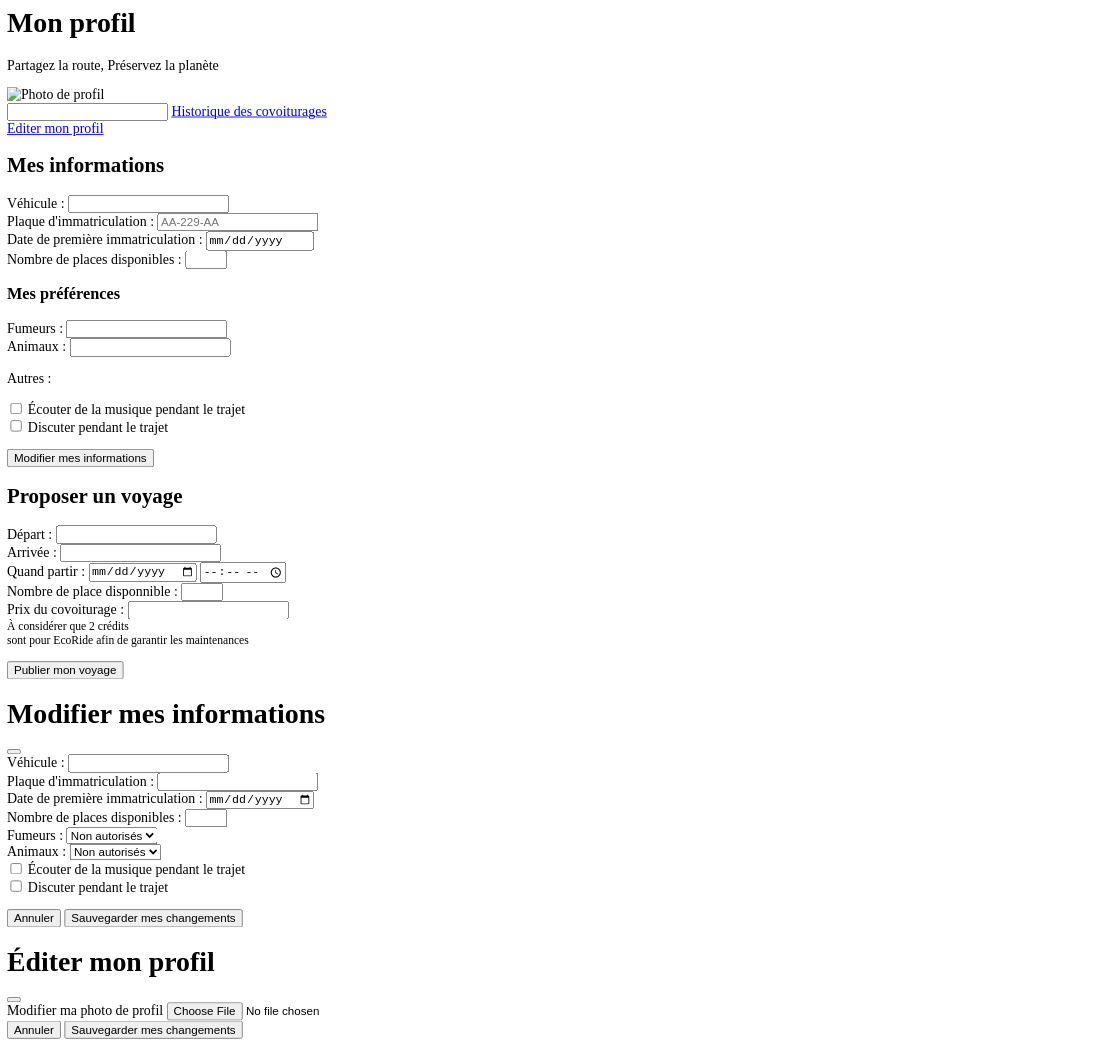
Repository: lemonhao9/ECF
Page: pages/auth/profile.html
An editor plug-in stored every save of this project. The page is shown before and after the next save, followed by the edit.
The browser window is 1280 px wide. The pictures show the whole page, at 87% of full size.

Above is the page before, as saved 2025-02-17 16:36:06.

### pages/auth/profile.html
<div class="hero-scene text-center text-secondary">
    <div class="hero-scene-content">
        <h1>Mon profil</h1>
        <p>Partagez la route, Préservez la planète</p>
    </div>
</div>
<aside>
    <div class="ms-5 mt-5">
        <img src="" alt="Photo de profil" class="w-25 h-25"> <br>
        <input type="text" id="bioInput" class="form-text">
        <a href="/historiqueCovoit">Historique des covoiturages</a> <br>
        <a href="#" data-bs-toggle="modal" data-bs-target="#modalEdition">Editer mon profil</a>
    </div>
</aside>

<div class="container pt-3 mt-2 mb-2 col-md-6 col-lg-4" data-show="driver passengerDriver">
    <div class="card text-center bg-dark text-light row justify-content-center mb-5">
        <div>
            <h2 class="text-secondary pt-3">Mes informations</h2>
        </div>
        <div>
                <form>
                <div class="p-4">
                    <div class="mb-3 ms-5 d-flex align-items-center justify-content-start">
                        <label for="vehiculeInput" class="form-label text-light me-3">Véhicule :</label>
                        <input type="text" class="form-control w-auto me-3" id="vehiculeInput" readonly>
                    </div>
                    <div class="mb-3 ms-5 me-3 d-flex align-items-center justify-content-start">
                        <label for="plaqueInput" class="form-label text-light">Plaque d'immatriculation :</label>
                        <input type="text" class="form-control w-auto ms-3" id="plaqueInput" placeholder="AA-229-AA" readonly>
                    </div>
                    <div class="mb-3 ms-5 d-flex align-items-center justify-content-start">
                        <label for="dateImmatInput" class="form-label text-light">Date de première immatriculation :</label>
                        <input type="date" class="form-control w-auto ms-3" id="dateImmatInput" readonly>
                    </div>
                    <div class="mb-3 ms-5 d-flex align-items-center justify-content-start">
                        <label for="placesDispInput" class="form-label text-light">Nombre de places disponibles :</label>
                        <input type="number" class="form-control w-auto ms-3" id="placesDispInput" min="1" max="5" readonly>
                    </div>
                </div>
                    <div>
                        <h3 class="text-secondary">Mes préférences</h3>
                    </div>
                    <div class="mb-3 d-flex align-items-center justify-content-center">
                        <label for="fumeursInput" class="form-check-label">Fumeurs :</label>
                        <input type="text" class="form-control w-auto ms-3" id="fumeursInput" readonly>
                    </div>
                    <div class="mb-3 d-flex align-items-center justify-content-center">
                        <label for="animauxInput" class="form-check-label">Animaux :</label>
                        <input type="text" class="form-control w-auto ms-3" id="animauxInput" readonly>
                    </div>
                    <p class="text-secondary">Autres :</p>
                    <div class="mb-3">
                        <input type="checkbox" class="form-check-input" id="musicInput">
                        <label for="musicInput" class="form-check-label">Écouter de la musique pendant le trajet</label>
                    </div>
                    <div class="mb-3">
                        <input type="checkbox" class="form-check-input" id="speakInput">
                        <label for="speakInput" class="form-check-label">Discuter pendant le trajet</label>
                    </div>
                  </form>
            <!--Bouton qui déclenche une modal pour modifier les informations de l'utilisateur-->
            <div class="pb-3">
                <button class="btn btn-secondary" data-bs-toggle="modal" data-bs-target="#editmodal">Modifier mes informations</button>
            </div>
        </div>
    </div>
</div>
<div class="container p-4 mb-4 col-md-6 col-lg-4" data-show="driver  passengerDriver">
    <div  class="card text-center bg-dark text-light row justify-content-center mb-5">
        <h2 class="text-secondary pt-3"> Proposer un voyage</h2>
        <form>
            <div class="mb-3  d-flex align-items-center justify-content-center">
                <label for="departInfoInput" class="form-label text-light">Départ :</label>
                <input type="text" class="form-control w-auto ms-3" id="departInfoInput">
            </div>
            <div class="mb-3 d-flex align-items-center justify-content-center">
                <label for="arriveeInfoInput" class="form-label text-light">Arrivée :</label>
                <input type="text" class="form-control w-auto ms-3" id="arriveeInfoInput">
            </div>
            <div class="mb-3 d-flex align-items-center justify-content-center">
                <label for="dateDepartInput" class="form-label text-light">Quand partir :</label>
                <input type="date"class="form-control w-auto ms-3" id="dateDepartInput">
                <input type="time"class="form-control w-auto ms-3" id="dateDepartInput">
            </div>
            <div class="mb-3 d-flex align-items-center justify-content-center">
                <label for="placeDispoInput" class="form-label text-light">Nombre de place disponnible :</label>
                <input type="number" class="form-control w-auto ms-3" id="placeDispoInput" min="1" max="5">
            </div>
            <div class="mb-2 d-flex align-items-center justify-content-center">
                <label for="prixInput" class="form-label text-light">Prix du covoiturage :</label>
                <input type="number" class="form-control ms-3" id="prixInput" min="2" aria-describedby="creditsInfo">

            </div>
            <div id="creditsInfo"class="form-text text-light w-auto pb-3"><small>À considérer que 2 crédits <br> sont pour EcoRide afin de garantir les maintenances</small>
                </div>
        </form>
        <div class="pb-3">
            <button class="btn btn-secondary ">Publier mon voyage</button>
        </div>
    </div>
</div>


<!--La modal de modification d'informations driver/passengerDriver -->
<div class="modal fade" id="editmodal" data-bs-backdrop="static" data-bs-keyboard="false" tabindex="-1" aria-labelledby="staticBackdropLabel" aria-hidden="true">
    <div class="modal-dialog">
      <div class="modal-content bg-black">
        <div class="modal-header">
          <h1 class="modal-title fs-5 text-secondary" id="staticBackdropLabel">Modifier mes informations</h1>
          <button type="button" class="btn-close" data-bs-dismiss="modal" aria-label="Close"></button>
        </div>
        <div class="modal-body">
          <form>
            <div class="mb-3 d-flex align-items-center justify-content-center">
                <label for="editVehiculeInput" class="form-label text-light">Véhicule :</label>
                <input type="text" class="form-control w-50 ms-3" id="editVehiculeInput">
            </div>
            <div class="mb-3 d-flex align-items-center justify-content-center">
                <label for="editPlaqueInput" class="form-label text-light">Plaque d'immatriculation :</label>
                <input type="text" class="form-control w-25 ms-3" id="editPlaqueInput">
            </div>
            <div class="mb-3 d-flex align-items-center justify-content-center">
                <label for="editDateImmatInput" class="form-label text-light">Date de première immatriculation :</label>
                <input type="date" class="form-control w-25 ms-3" id="editDateImmatInput">
            </div>
            <div class="mb-3 d-flex align-items-center justify-content-center">
                <label for="editPlacesDispInput" class="form-label text-light">Nombre de places disponibles :</label>
                <input type="number" class="form-control w-25 ms-3" id="editPlacesDispInput" min="1" max="5">
            </div>
            <div class="mb-3 d-flex align-items-center justify-content-center">
                <label for="editFumeursInput" class="form-check-label text-light me-3">Fumeurs :</label>
                        <select name="fumeurs" id="editFumeursInput">
                            <option value="smokeBanned" >Non autorisés</option>
                            <option value="smokeAuthorised">Autorisés</option>
                        </select>
            </div>
            <div class="mb-3 d-flex align-items-center justify-content-center">
                <label for="editAnimauxInput" class="form-check-label text-light me-3">Animaux :</label>
                        <select name="animaux" id="editAnimauxInput">
                            <option value="anxBanned" >Non autorisés</option>
                            <option value="anxAuthorised">Autorisés</option>
                        </select>
            </div>
            <div class="mb-3">
                <input type="checkbox" class="form-check-input" id="editMusicInput">
                <label for="editMusicInput" class="form-check-label text-light">Écouter de la musique pendant le trajet</label>
            </div>
            <div class="mb-3">
                <input type="checkbox" class="form-check-input" id="editSpeakInput">
                <label for="editSpeakInput" class="form-check-label text-light">Discuter pendant le trajet</label>
            </div>
          </form>
        </div>
        <div class="modal-footer">
          <button type="button" class="btn btn-secondary" data-bs-dismiss="modal">Annuler</button>
          <button type="button" class="btn btn-primary" id="saveInfo">Sauvegarder mes changements</button>
        </div>
      </div>
    </div>
</div>

<!--La modal de modification info profil-->
<div class="modal fade" id="modalEdition" data-bs-backdrop="static" data-bs-keyboard="false" tabindex="-1" aria-labelledby="staticBackdropLabel" aria-hidden="true">
    <div class="modal-dialog modal-dialog-centered">
        <div class="modal-content bg-primary">
            <div class="modal-header">
                <h1 class="modal-title fs-5 text-secondary" id="staticBackdropLabel">Éditer mon profil</h1>
                <button type="button" class="btn-close" data-bs-dismiss="modal" aria-label="Close"></button>
            </div>
            <div class="modal-body">
                <label for="pdpInput" class="form-label text-light">Modifier ma photo de profil</label>
                <input type="file" class="form-control-file" id="pdpInput">
            </div>
            <div class="modal-footer">
                <button type="button" class="btn btn-secondary" data-bs-dismiss="modal">Annuler</button>
                <button type="button" class="btn btn-primary" id="saveInfo">Sauvegarder mes changements</button>
            </div>
        </div>
    </div>
</div>

After the next save:
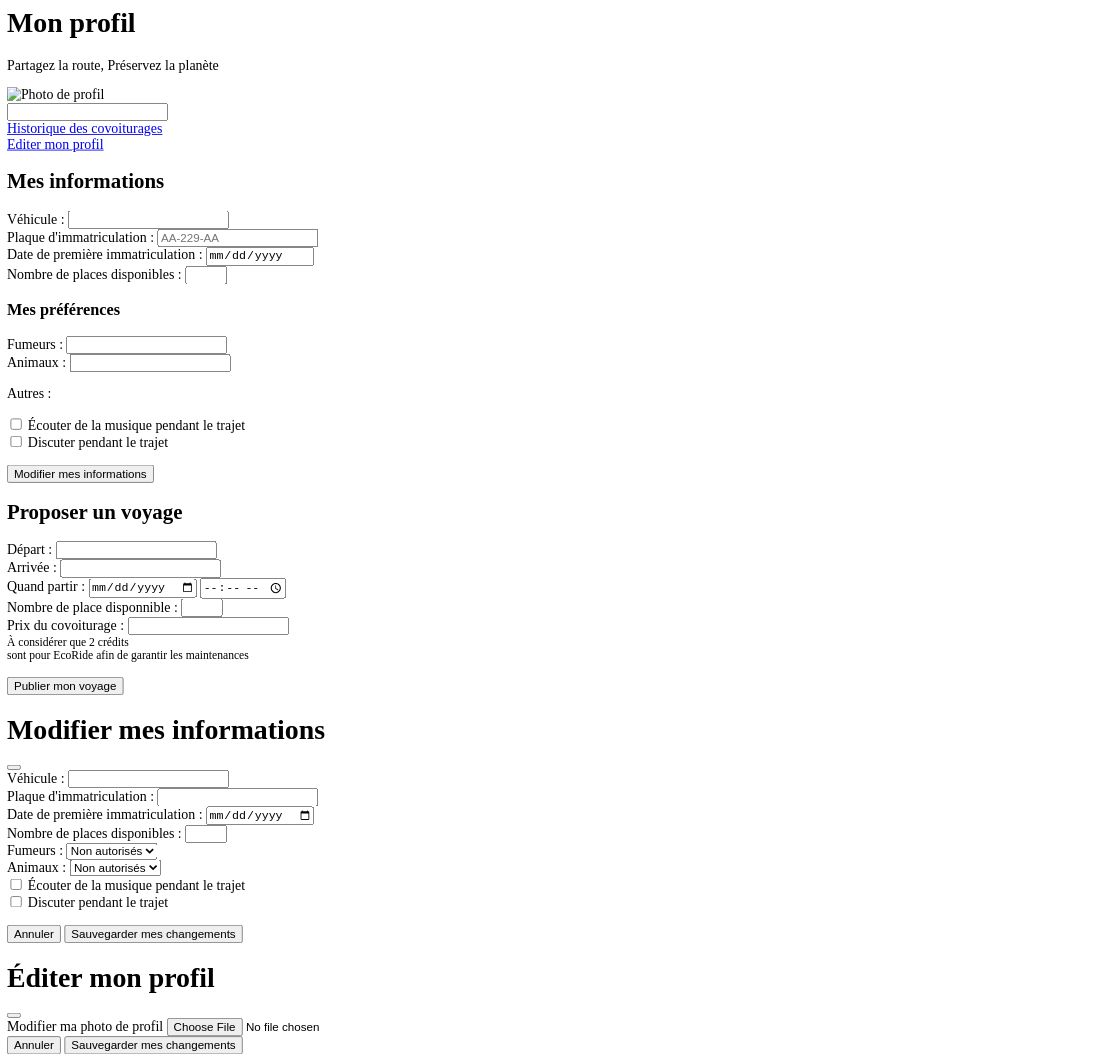
Saved 8 s later.
--- a/pages/auth/profile.html
+++ b/pages/auth/profile.html
@@ -7,7 +7,7 @@
 <aside>
     <div class="ms-5 mt-5">
         <img src="" alt="Photo de profil" class="w-25 h-25"> <br>
-        <input type="text" id="bioInput" class="form-text">
+        <input type="text" id="bioInput" class="form-text"><br>
         <a href="/historiqueCovoit">Historique des covoiturages</a> <br>
         <a href="#" data-bs-toggle="modal" data-bs-target="#modalEdition">Editer mon profil</a>
     </div>
